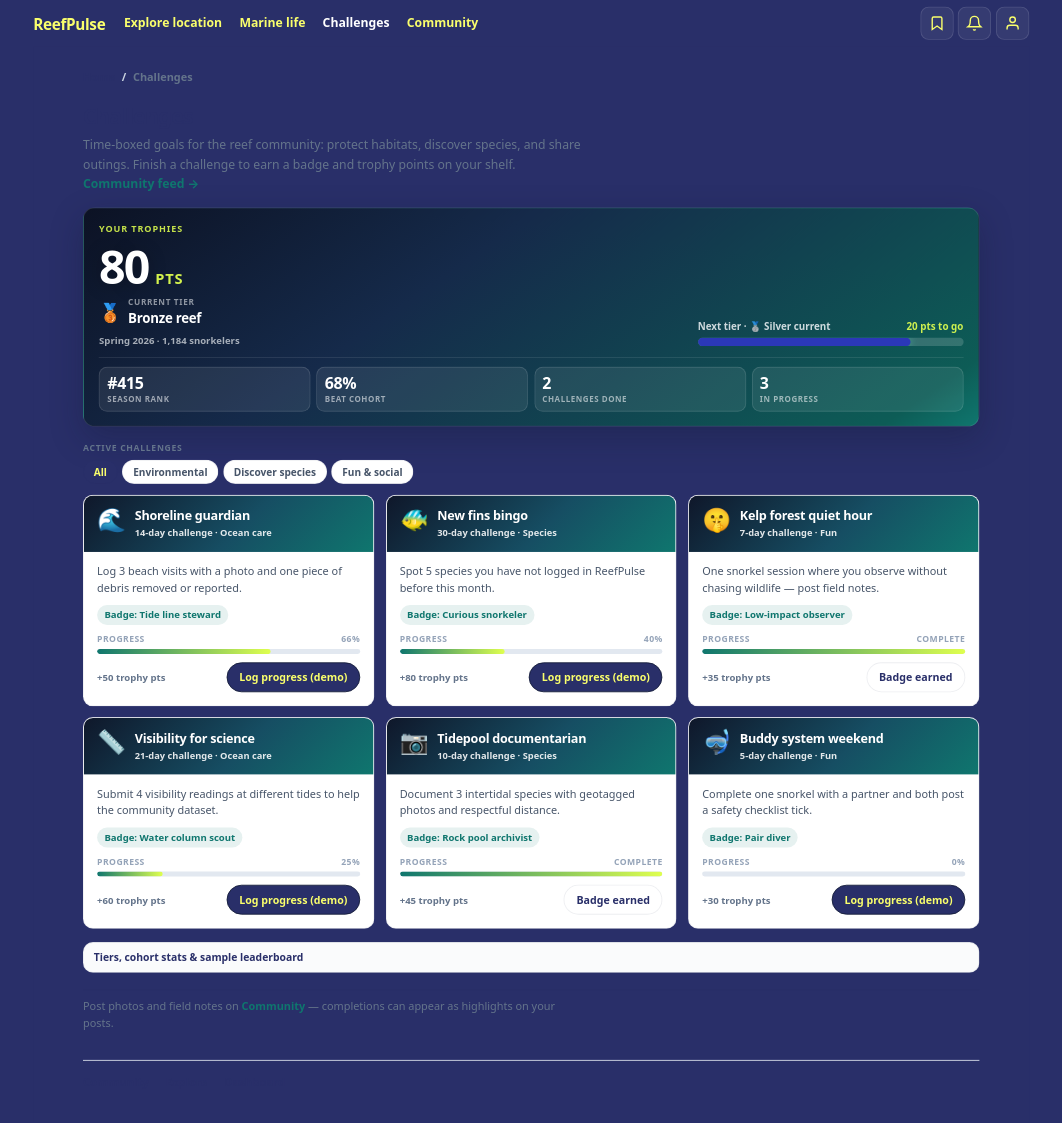
Repository: AayushSalvi/ReefPulse
Page: /challenges (app in frontend/)
The author's editor kept a copy of each file at every save. The page is drawn from the files as they stood at one save, then again after the next save.
The browser window is 1280 px wide. The pictures show the whole page, at 83% of full size.
The project was rebuilt for these pictures with package versions that can differ from the ones it lists, and the page was loaded fresh each time. Also part of the build but not shown: frontend/vite.config.js, frontend/src/utils/geo.js, frontend/src/data/mockData.js, frontend/src/features/community/community.css, frontend/src/features/community/CommunityPage.jsx, frontend/src/features/explore/ExploreForecastRedirect.jsx, frontend/src/features/explore/ExploreMapsApiContext.jsx, frontend/src/features/explore/ExploreGoogleMapPanel.jsx and 20 more.

Above is the page before, as saved 2026-04-18 22:55:43.

### frontend/src/index.html
<!doctype html>
<html lang="en">
  <head>
    <meta charset="UTF-8" />
    <meta name="viewport" content="width=device-width, initial-scale=1.0" />
    <title>ReefPulse</title>
  </head>
  <body>
    <div id="root"></div>
    <script type="module" src="/main.jsx"></script>
  </body>
</html>

### frontend/src/main.jsx
/** App entry: React root + BrowserRouter (declarative router — not a data router). */
import React from "react";
import ReactDOM from "react-dom/client";
import { BrowserRouter } from "react-router-dom";
import App from "./App";
import "./styles/global.css";

ReactDOM.createRoot(document.getElementById("root")).render(
  <React.StrictMode>
    <BrowserRouter>
      <App />
    </BrowserRouter>
  </React.StrictMode>
);

### frontend/src/App.jsx
/**
 * ReefPulse — application routes
 *
 * Folder map (see `src/features/`):
 *   features/home/          → `/` marketing / home dashboard
 *   features/dashboard/     → `/dashboard` personalized “closest beach” view
 *   features/explore/       → `/explore`, `/explore/:locationId` location workspace + tabs
 *   features/marine-life/     → `/marine-life` species-first discovery
 *   features/community/     → `/community` posts & feed
 *   features/challenges/    → `/challenges` goals, badges, trophies
 *   features/saved/         → `/saved` alerts & saved places
 *   features/legacy/        → `/location/:id` redirects to Explore
 *   features/standalone/    → NOT routed here; optional admin / forecast UIs for future routes
 *
 * Shell: `layout/AppLayout.jsx` wraps all routes below except none (all under AppLayout).
 */
import { Navigate, Route, Routes } from "react-router-dom";
import AppLayout from "./layout/AppLayout";
import ChallengesPage from "./features/challenges/ChallengesPage";
import CommunityPage from "./features/community/CommunityPage";
import ExploreForecastRedirect from "./features/explore/ExploreForecastRedirect";
import ExploreIndexPage from "./features/explore/ExploreIndexPage";
import ExploreLayout from "./features/explore/ExploreLayout";
import ExploreLocationPage from "./features/explore/ExploreLocationPage";
import { ExploreMapsApiProvider } from "./features/explore/ExploreMapsApiContext";
import HomeDashboardPage from "./features/home/HomeDashboardPage";
import LegacyLocationRedirect from "./features/legacy/LegacyLocationRedirect";
import MarineLifeDiscoveryPage from "./features/marine-life/MarineLifeDiscoveryPage";
import SavedPlacesPage from "./features/saved/SavedPlacesPage";
import UserDashboardPage from "./features/dashboard/UserDashboardPage";

function App() {
  return (
    <Routes>
      <Route element={<AppLayout />}>
        {/* —— Public / marketing home —— */}
        <Route path="/" element={<HomeDashboardPage />} />

        {/* —— Explore: nested layout (sidebar + outlet) —— */}
        <Route path="/explore" element={<ExploreLayout />}>
          <Route index element={<ExploreIndexPage />} />
          <Route path=":locationId" element={<ExploreLocationPage />} />
          <Route path=":locationId/forecast" element={<ExploreForecastRedirect />} />
        </Route>

        {/* —— Other top-level app pages —— */}
        <Route
          path="/marine-life"
          element={
            <ExploreMapsApiProvider>
              <MarineLifeDiscoveryPage />
            </ExploreMapsApiProvider>
          }
        />
        <Route path="/dashboard" element={<UserDashboardPage />} />
        <Route path="/community" element={<CommunityPage />} />
        <Route path="/challenges" element={<ChallengesPage />} />
        <Route path="/saved" element={<SavedPlacesPage />} />

        {/* —— Back-compat deep links —— */}
        <Route path="/location/:locationId" element={<LegacyLocationRedirect />} />

        <Route path="*" element={<Navigate to="/" replace />} />
      </Route>
    </Routes>
  );
}

export default App;

### frontend/src/layout/AppLayout.jsx
/**
 * ReefPulse — application shell (persistent chrome)
 *
 * Single-row header: brand → main nav → icon shortcuts (Saved, Alerts, Dashboard).
 * `/saved` via bookmark and bell; `/dashboard` via the user icon on the right.
 */
import { NavLink, Outlet, useLocation } from "react-router-dom";

/** Main nav items (beach-first IA). */
const navItems = [
  { to: "/explore", label: "Explore location", end: false },
  { to: "/marine-life", label: "Marine life", end: true },
  { to: "/challenges", label: "Challenges", end: true },
  { to: "/community", label: "Community", end: true }
];

function IconBookmark() {
  return (
    <svg width="20" height="20" viewBox="0 0 24 24" fill="none" stroke="currentColor" strokeWidth="2" aria-hidden>
      <path d="M19 21l-7-5-7 5V5a2 2 0 0 1 2-2h10a2 2 0 0 1 2 2z" />
    </svg>
  );
}

function IconBell() {
  return (
    <svg width="20" height="20" viewBox="0 0 24 24" fill="none" stroke="currentColor" strokeWidth="2" aria-hidden>
      <path d="M18 8A6 6 0 0 0 6 8c0 7-3 9-3 9h18s-3-2-3-9" />
      <path d="M13.73 21a2 2 0 0 1-3.46 0" />
    </svg>
  );
}

function IconUser() {
  return (
    <svg width="20" height="20" viewBox="0 0 24 24" fill="none" stroke="currentColor" strokeWidth="2" aria-hidden>
      <path d="M20 21v-2a4 4 0 0 0-4-4H8a4 4 0 0 0-4 4v2" />
      <circle cx="12" cy="7" r="4" />
    </svg>
  );
}

function AppLayout() {
  const { pathname } = useLocation();
  const isHome = pathname === "/";
  const fullBleed = isHome;

  return (
    <div className="app-shell">
      <header className="top-nav">
        <NavLink to="/" className="top-nav-brand" end>
          ReefPulse
        </NavLink>

        <nav className="top-nav-links" aria-label="Main">
          {navItems.map((item) => (
            <NavLink
              key={item.to}
              to={item.to}
              end={item.end}
              className={({ isActive }) => `top-nav-link ${isActive ? "is-active" : ""}`}
            >
              {item.label}
            </NavLink>
          ))}
        </nav>

        <div className="top-nav-tools">
          <NavLink
            to="/saved"
            className={({ isActive }) => `top-nav-icon ${isActive ? "is-active" : ""}`}
            title="Saved places"
            aria-label="Saved places"
          >
            <IconBookmark />
            <span className="visually-hidden">Saved places</span>
          </NavLink>
          <NavLink
            to="/saved#coastal-alerts"
            className={({ isActive }) => `top-nav-icon ${isActive ? "is-active" : ""}`}
            title="Alerts"
            aria-label="Alerts"
          >
            <IconBell />
            <span className="visually-hidden">Alerts</span>
          </NavLink>
          <NavLink
            to="/dashboard"
            className={({ isActive }) => `top-nav-icon ${isActive ? "is-active" : ""}`}
            title="Dashboard"
            aria-label="Dashboard"
            end
          >
            <IconUser />
            <span className="visually-hidden">Dashboard</span>
          </NavLink>
        </div>
      </header>

      <main className={fullBleed ? "page-content page-content--bleed" : "page-content page-content--app"}>
        <div key={pathname} className="rp-route-outlet">
          <Outlet />
        </div>
      </main>
    </div>
  );
}

export default AppLayout;

### frontend/src/features/challenges/challenges.css
/* ReefPulse — Challenges (goal cards + trophy shelf) */

.challenges-page {
  --ch-radius: 12px;
  --ch-border: rgba(27, 37, 75, 0.08);
  --ch-muted: #64748b;
  max-width: 1080px;
}

.challenges-breadcrumb {
  margin-bottom: 0.35rem;
}

.challenges-hero {
  margin-bottom: 1rem;
}

.challenges-hero h1 {
  margin: 0 0 0.4rem;
  font-size: clamp(1.35rem, 2.5vw, 1.6rem);
  font-weight: 800;
  letter-spacing: -0.03em;
  color: var(--rp-navy, #1b254b);
}

.challenges-hero__lead {
  margin: 0;
  max-width: 38rem;
  font-size: 0.92rem;
  line-height: 1.6;
  color: var(--ch-muted);
  font-weight: 500;
}

.challenges-hero__link {
  font-weight: 700;
  color: #0f766e;
  text-decoration: none;
  white-space: nowrap;
}

.challenges-hero__link:hover {
  text-decoration: underline;
}

/* —— Trophy spotlight (above challenge grid) —— */
.ch-trophy-banner {
  margin-bottom: 1.15rem;
  padding: 1rem 1.15rem 1.05rem;
  border-radius: calc(var(--ch-radius) + 2px);
  border: 1px solid rgba(255, 255, 255, 0.12);
  background: linear-gradient(
    145deg,
    #0c1224 0%,
    #152a4a 38%,
    #0d5c56 92%,
    #0f766e 100%
  );
  color: #f1f5f9;
  box-shadow: 0 14px 40px rgba(15, 23, 42, 0.28);
}

.ch-trophy-banner__kicker {
  margin: 0 0 0.65rem;
  font-size: 0.68rem;
  font-weight: 800;
  letter-spacing: 0.1em;
  text-transform: uppercase;
  color: rgba(223, 255, 79, 0.88);
}

.ch-trophy-banner__grid {
  display: grid;
  gap: 1rem 1.25rem;
  align-items: end;
}

@media (min-width: 720px) {
  .ch-trophy-banner__grid {
    grid-template-columns: minmax(0, 1fr) minmax(200px, 320px);
    align-items: end;
  }
}

.ch-trophy-banner__primary {
  min-width: 0;
}

.ch-trophy-banner__score {
  margin: 0;
  display: flex;
  flex-wrap: wrap;
  align-items: baseline;
  gap: 0.35rem 0.5rem;
}

.ch-trophy-banner__num {
  font-size: clamp(2.5rem, 6.5vw, 3.5rem);
  font-weight: 800;
  letter-spacing: -0.04em;
  line-height: 1;
  color: #fff;
  text-shadow: 0 2px 20px rgba(0, 0, 0, 0.25);
}

.ch-trophy-banner__unit {
  font-size: 1.1rem;
  font-weight: 800;
  letter-spacing: 0.06em;
  text-transform: uppercase;
  color: rgba(223, 255, 79, 0.95);
}

.ch-trophy-banner__tier {
  margin: 0.55rem 0 0;
  display: flex;
  align-items: center;
  gap: 0.5rem;
}

.ch-trophy-banner__tier-emoji {
  font-size: 1.35rem;
  line-height: 1;
}

.ch-trophy-banner__tier-text {
  display: flex;
  flex-direction: column;
  gap: 0.08rem;
  min-width: 0;
}

.ch-trophy-banner__tier-label {
  font-size: 0.62rem;
  font-weight: 800;
  letter-spacing: 0.08em;
  text-transform: uppercase;
  color: rgba(248, 250, 252, 0.55);
}

.ch-trophy-banner__tier-name {
  font-size: 1rem;
  font-weight: 800;
  color: #fff;
  letter-spacing: -0.02em;
}

.ch-trophy-banner__season {
  margin: 0.45rem 0 0;
  font-size: 0.72rem;
  font-weight: 600;
  color: rgba(248, 250, 252, 0.65);
}

.ch-trophy-banner__aside {
  min-width: 0;
}

.ch-trophy-banner__next-label {
  margin: 0 0 0.4rem;
  display: flex;
  flex-wrap: wrap;
  justify-content: space-between;
  gap: 0.35rem 0.75rem;
  font-size: 0.74rem;
  font-weight: 700;
  color: rgba(248, 250, 252, 0.82);
}

.ch-trophy-banner__next-gap {
  color: rgba(223, 255, 79, 0.92);
  font-variant-numeric: tabular-nums;
}

.ch-trophy-banner__bar {
  height: 10px;
  border-radius: 999px;
  background: rgba(255, 255, 255, 0.16);
  overflow: hidden;
}

.ch-trophy-banner__fill {
  height: 100%;
  border-radius: 999px;
  background: #2b38b8;
  box-shadow: 0 0 12px rgba(94, 234, 212, 0.45);
  transition: width 0.35s ease;
}

.ch-trophy-banner__maxed {
  margin: 0;
  font-size: 0.85rem;
  font-weight: 700;
  color: rgba(223, 255, 79, 0.95);
}

.ch-trophy-banner__stats {
  list-style: none;
  margin: 0.85rem 0 0;
  padding: 0.65rem 0 0;
  border-top: 1px solid rgba(255, 255, 255, 0.12);
  display: grid;
  grid-template-columns: repeat(2, 1fr);
  gap: 0.45rem;
}

@media (min-width: 520px) {
  .ch-trophy-banner__stats {
    grid-template-columns: repeat(4, 1fr);
  }
}

.ch-trophy-banner__stats li {
  margin: 0;
  padding: 0.5rem 0.55rem;
  border-radius: 10px;
  background: rgba(255, 255, 255, 0.08);
  border: 1px solid rgba(255, 255, 255, 0.12);
  display: flex;
  flex-direction: column;
  gap: 0.15rem;
}

.ch-trophy-banner__stat-num {
  font-size: 1.2rem;
  font-weight: 800;
  letter-spacing: -0.02em;
  color: #fff;
  line-height: 1.1;
  font-variant-numeric: tabular-nums;
}

.ch-trophy-banner__stat-label {
  font-size: 0.6rem;
  font-weight: 800;
  letter-spacing: 0.07em;
  text-transform: uppercase;
  color: rgba(248, 250, 252, 0.58);
}

/* —— Active challenge grid —— */
.ch-main-block {
  margin-bottom: 1rem;
}

.ch-main-block__label {
  margin: 0 0 0.45rem;
  font-size: 0.65rem;
  font-weight: 800;
  letter-spacing: 0.08em;
  text-transform: uppercase;
  color: #64748b;
}

.ch-main-block .ch-theme-row {
  margin-bottom: 0.85rem;
}

/* —— Collapsible depth: tiers + table —— */
.ch-details {
  margin-bottom: 1rem;
  border-radius: var(--ch-radius);
  border: 1px solid var(--ch-border);
  background: #fafbfc;
  overflow: hidden;
}

.ch-details__summary {
  padding: 0.55rem 0.75rem;
  font-size: 0.78rem;
  font-weight: 700;
  color: var(--rp-navy, #1b254b);
  cursor: pointer;
  list-style-position: outside;
}

.ch-details__summary:hover {
  background: rgba(27, 37, 75, 0.04);
}

.ch-details__body {
  padding: 0 0.65rem 0.65rem;
  border-top: 1px solid #f1f5f9;
  background: #fff;
}

.ch-tiers-inline {
  display: flex;
  flex-wrap: wrap;
  gap: 0.35rem;
  padding: 0.65rem 0 0.5rem;
}

.ch-tier-chip {
  display: inline-flex;
  align-items: center;
  gap: 0.3rem;
  padding: 0.28rem 0.5rem;
  border-radius: 999px;
  font-size: 0.68rem;
  font-weight: 700;
  color: #475569;
  background: #f1f5f9;
  border: 1px solid #e2e8f0;
}

.ch-tier-chip.is-current {
  border-color: rgba(15, 118, 110, 0.45);
  background: rgba(223, 255, 79, 0.35);
  color: var(--rp-navy, #1b254b);
}

.ch-tier-chip.is-locked {
  opacity: 0.45;
}

.ch-tier-chip__name {
  max-width: 7rem;
  overflow: hidden;
  text-overflow: ellipsis;
  white-space: nowrap;
}

.ch-details__cohort {
  margin: 0 0 0.5rem;
  font-size: 0.74rem;
  color: #64748b;
}

.ch-compare__table-wrap--nested {
  border-radius: 8px;
  border: 1px solid #f1f5f9;
}

.ch-compare__caption {
  caption-side: bottom;
  padding: 0.4rem 0.5rem 0.45rem;
  font-size: 0.68rem;
  line-height: 1.4;
  color: #94a3b8;
  text-align: left;
}

.ch-compare__table {
  width: 100%;
  border-collapse: collapse;
  font-size: 0.82rem;
}

.ch-compare__table--compact {
  font-size: 0.76rem;
}

.ch-compare__table th,
.ch-compare__table td {
  padding: 0.55rem 0.75rem;
  text-align: left;
  border-bottom: 1px solid #f1f5f9;
}

.ch-compare__table--compact th,
.ch-compare__table--compact td {
  padding: 0.35rem 0.5rem;
}

.ch-compare__table th {
  font-size: 0.6rem;
  font-weight: 800;
  letter-spacing: 0.06em;
  text-transform: uppercase;
  color: #64748b;
  background: #f8fafc;
}

.ch-compare__table tbody tr:last-child td {
  border-bottom: none;
}

.ch-compare__table tbody tr.is-you {
  background: rgba(223, 255, 79, 0.2);
}

.ch-compare__table tbody tr.is-you td {
  font-weight: 700;
  color: var(--rp-navy, #1b254b);
}

.ch-compare__table td:nth-child(2) {
  font-variant-numeric: tabular-nums;
}

.challenges-btn {
  display: inline-flex;
  align-items: center;
  gap: 0.4rem;
  padding: 0.5rem 0.9rem;
  border-radius: 999px;
  font-size: 0.8rem;
  font-weight: 700;
  font-family: inherit;
  text-decoration: none;
  border: 1px solid var(--ch-border);
  background: #fff;
  color: var(--rp-navy, #1b254b);
  cursor: pointer;
  transition:
    background 0.15s ease,
    border-color 0.15s ease;
}

.challenges-btn:hover {
  background: rgba(27, 37, 75, 0.04);
  border-color: rgba(27, 37, 75, 0.15);
}

.challenges-btn--primary {
  background: var(--rp-navy, #1b254b);
  color: var(--rp-lime, #dfff4f);
  border-color: var(--rp-navy-deep, #121a36);
}

.challenges-btn--primary:hover {
  background: var(--rp-navy-deep, #121a36);
  color: #e8ff7a;
}

/* Theme chips */
.ch-theme-row {
  display: flex;
  flex-wrap: wrap;
  gap: 0.35rem;
  margin-bottom: 1rem;
}

.ch-theme-chip {
  padding: 0.32rem 0.75rem;
  border-radius: 999px;
  border: 1px solid var(--ch-border);
  background: #fff;
  font-size: 0.76rem;
  font-weight: 700;
  color: #475569;
  cursor: pointer;
  font-family: inherit;
}

.ch-theme-chip.is-on {
  background: var(--rp-navy, #1b254b);
  color: var(--rp-lime, #dfff4f);
  border-color: var(--rp-navy, #1b254b);
}

/* Challenge cards */
.ch-grid {
  display: grid;
  grid-template-columns: repeat(auto-fill, minmax(272px, 1fr));
  gap: 0.85rem;
}

.ch-card {
  display: flex;
  flex-direction: column;
  border-radius: var(--ch-radius);
  border: 1px solid var(--ch-border);
  background: #fff;
  overflow: hidden;
  transition: box-shadow 0.15s ease;
}

.ch-card:hover {
  box-shadow: 0 6px 22px rgba(18, 26, 54, 0.06);
  border-color: rgba(27, 37, 75, 0.12);
}

.ch-card__banner {
  padding: 0.85rem 1rem;
  min-height: 4.25rem;
  display: flex;
  align-items: flex-start;
  gap: 0.65rem;
  background: linear-gradient(135deg, #0f172a 0%, #164e63 55%, #0f766e 100%);
  color: #fff;
}

.ch-card__emoji {
  font-size: 1.75rem;
  line-height: 1;
}

.ch-card__banner-text {
  min-width: 0;
}

.ch-card__title {
  margin: 0;
  font-size: 0.95rem;
  font-weight: 800;
  letter-spacing: -0.02em;
}

.ch-card__meta {
  margin: 0.2rem 0 0;
  font-size: 0.7rem;
  opacity: 0.88;
  font-weight: 600;
}

.ch-card__body {
  padding: 0.85rem 1rem 1rem;
  display: flex;
  flex-direction: column;
  gap: 0.65rem;
  flex: 1;
}

.ch-card__blurb {
  margin: 0;
  font-size: 0.82rem;
  line-height: 1.5;
  color: #475569;
}

.ch-card__badge {
  display: inline-flex;
  align-items: center;
  gap: 0.35rem;
  font-size: 0.72rem;
  font-weight: 700;
  color: #0f766e;
  background: rgba(15, 118, 110, 0.1);
  padding: 0.28rem 0.55rem;
  border-radius: 999px;
  width: fit-content;
}

.ch-card__progress {
  margin-top: auto;
}

.ch-card__progress-label {
  display: flex;
  justify-content: space-between;
  font-size: 0.65rem;
  font-weight: 700;
  text-transform: uppercase;
  letter-spacing: 0.05em;
  color: #94a3b8;
  margin-bottom: 0.28rem;
}

.ch-card__progress-bar {
  height: 6px;
  border-radius: 999px;
  background: #e2e8f0;
  overflow: hidden;
}

.ch-card__progress-fill {
  height: 100%;
  border-radius: 999px;
  background: linear-gradient(90deg, #0f766e, #dfff4f);
  transition: width 0.3s ease;
}

.ch-card__footer {
  display: flex;
  align-items: center;
  justify-content: space-between;
  gap: 0.5rem;
  flex-wrap: wrap;
}

.ch-card__points {
  font-size: 0.72rem;
  font-weight: 700;
  color: #64748b;
}

.challenges-cross {
  margin-top: 1.25rem;
  padding: 0.65rem 0;
  border-top: 1px solid var(--ch-border);
}

.challenges-cross p {
  margin: 0;
  max-width: 38rem;
  font-size: 0.82rem;
  line-height: 1.5;
  color: #64748b;
}

.challenges-cross a {
  color: #0f766e;
  font-weight: 700;
  text-decoration: none;
}

.challenges-cross a:hover {
  text-decoration: underline;
}

.challenges-footer-links {
  margin-top: 1.5rem;
}

Loaded but not shown: frontend/src/data/challengesData.js (159 lines, source omitted); frontend/src/features/challenges/ChallengesPage.jsx (254 lines, source omitted); frontend/src/features/explore/workflow.css (354 lines, source omitted); frontend/src/styles/global.css (227 lines, source omitted)

After the next save:
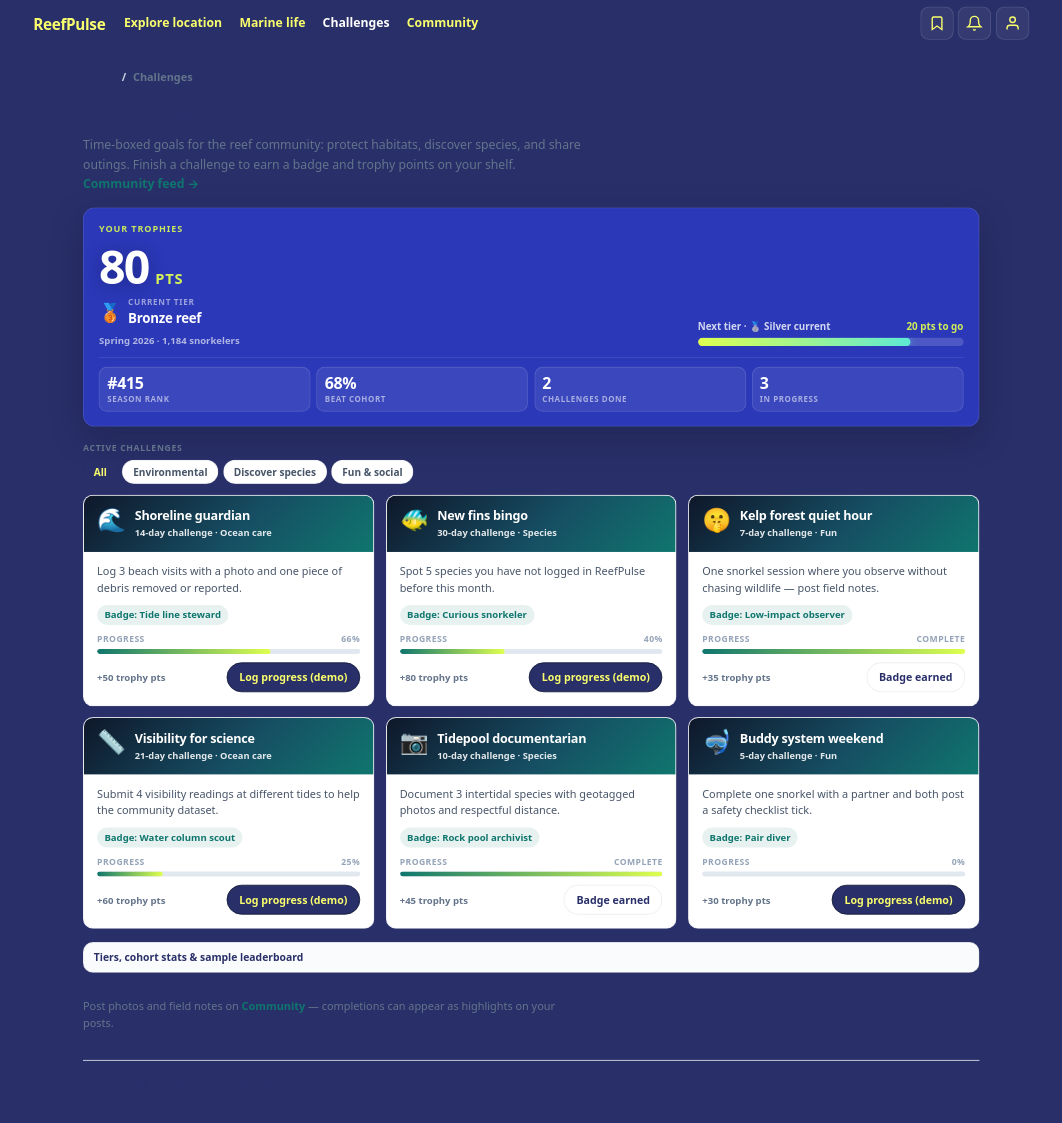
Saved 52 s later.
--- a/frontend/src/features/challenges/challenges.css
+++ b/frontend/src/features/challenges/challenges.css
@@ -49,13 +49,7 @@
   padding: 1rem 1.15rem 1.05rem;
   border-radius: calc(var(--ch-radius) + 2px);
   border: 1px solid rgba(255, 255, 255, 0.12);
-  background: linear-gradient(
-    145deg,
-    #0c1224 0%,
-    #152a4a 38%,
-    #0d5c56 92%,
-    #0f766e 100%
-  );
+  background: #2b38b8;
   color: #f1f5f9;
   box-shadow: 0 14px 40px rgba(15, 23, 42, 0.28);
 }
@@ -182,7 +176,7 @@
 .ch-trophy-banner__fill {
   height: 100%;
   border-radius: 999px;
-  background: #2b38b8;
+  background: linear-gradient(90deg, #dfff4f, #5eead4);
   box-shadow: 0 0 12px rgba(94, 234, 212, 0.45);
   transition: width 0.35s ease;
 }
